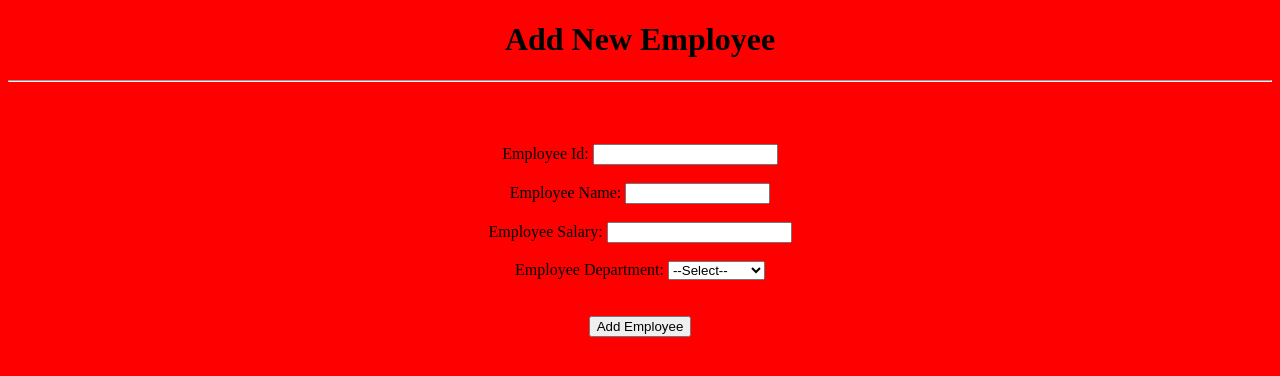
Repository: laikrish/day10
Page: http://localhost/EmployeeApp/
These files come from the project's save history. The page is drawn as it stood at one moment and after the next save; the edit follows.
The browser window is 1280 px wide. The pictures show the whole page.
The page is served by Tomcat 9.

Above is the page before, as saved 2018-09-11 11:14:56.

After the next save:
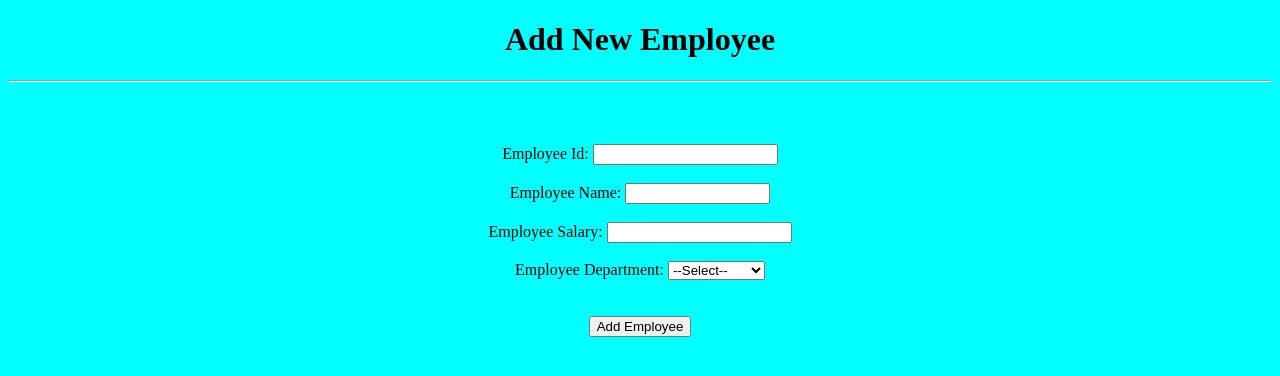
Saved 9 s later.
--- a/EmployeeApp/WebContent/addEmployee.jsp
+++ b/EmployeeApp/WebContent/addEmployee.jsp
@@ -6,7 +6,7 @@
 <meta charset="ISO-8859-1">
 <title>New Employee Page</title>
 </head>
-<body bgcolor="red" style="text-align:center" >
+<body bgcolor="cyan" style="text-align:center" >
 	<h1>Add New Employee</h1>
 	<hr>
 	<form action="addEmployee.do" method="post">
